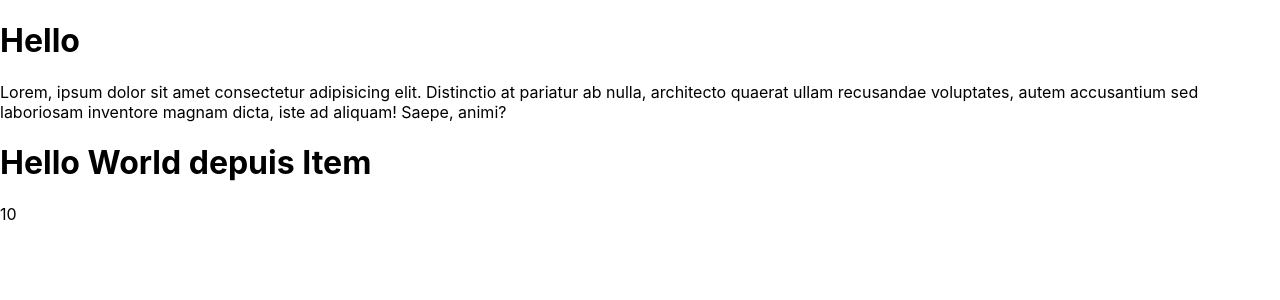
Repository: Michelhof1978/react
Page: / (app in application-react/)
The author's editor kept a copy of each file at every save. The page is drawn from the files as they stood at one save, then again after the next save.
The browser window is 1280 px wide. The pictures show the whole page.
The project was rebuilt for these pictures with package versions that can differ from the ones it lists, and the page was loaded fresh each time.

Above is the page before, as saved 2023-05-11 17:38:53.

After the next save:
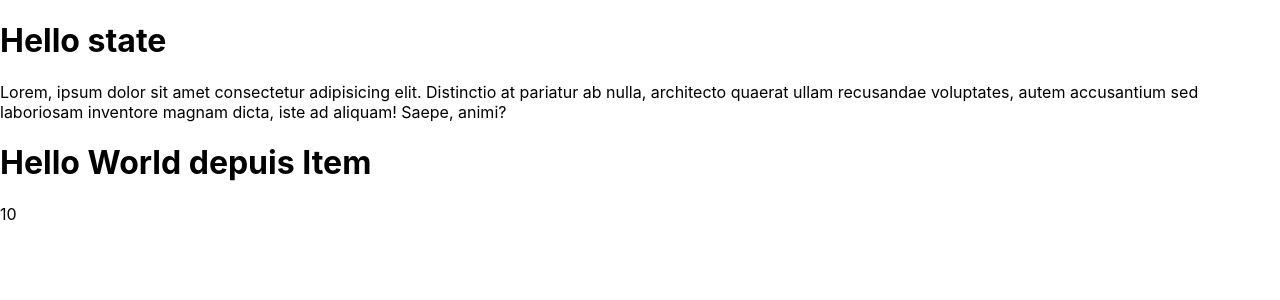
Saved 2 min 14 s later.
--- a/application-react/src/App.js
+++ b/application-react/src/App.js
@@ -24,7 +24,7 @@ function App() {//Cette fonction est un composant
 // ----------------------
     return (
      <div className="App">  {/* Ce n est pas du html mais du jsx, ici on ne mets pas class mais className pour du jsx*/}
-      <h1>Hello</h1>
+      <h1>Hello state</h1>
      <p>Lorem, ipsum dolor sit amet consectetur adipisicing elit. Distinctio at pariatur ab nulla, architecto quaerat ullam recusandae voluptates, autem accusantium sed laboriosam inventore magnam dicta, iste ad aliquam! Saepe, animi?</p>
       <Item />  {/*On récupére le composant Item de Item.js */}
 
